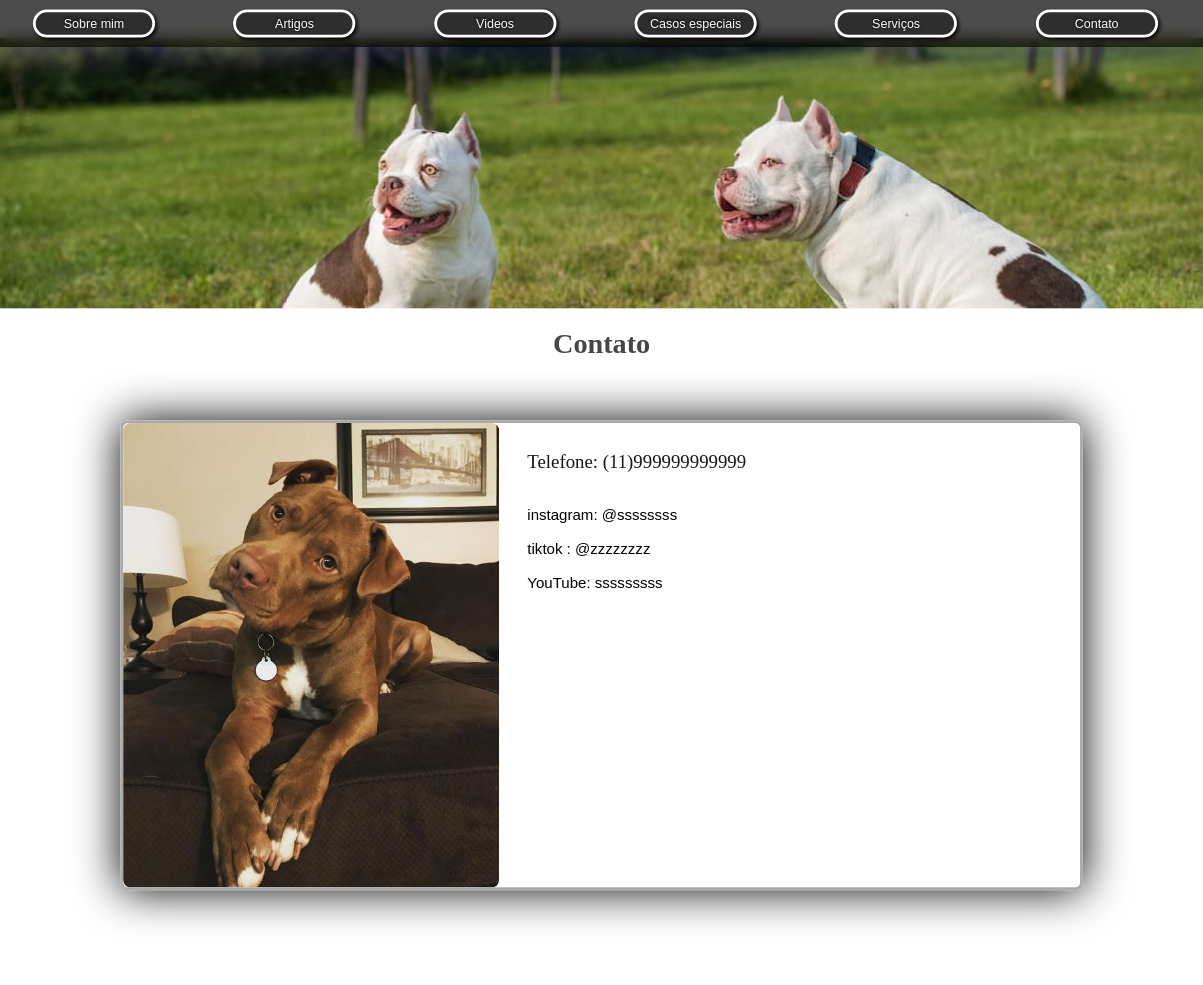
Repository: KevynMarques/Blog-React-StyledComponent
Page: /, after clicking the first element matching `button.sc-iGgWBj`
These files come from the project's save history. The page is drawn as it stood at one moment and after a run of saves; the edit follows.
The browser window is 1280 px wide. The pictures show the whole page, at 94% of full size.
The project was rebuilt for these pictures with package versions that can differ from the ones it lists, and the page was loaded fresh each time. Also part of the build but not shown: src/Components/Artigos/index.jsx, src/Components/Clientes/index.jsx, src/Components/Serviços/index.jsx, src/Components/View/index.jsx.

Above is the page before, as saved 2022-02-21 19:29:35.

After the next 15 saves:
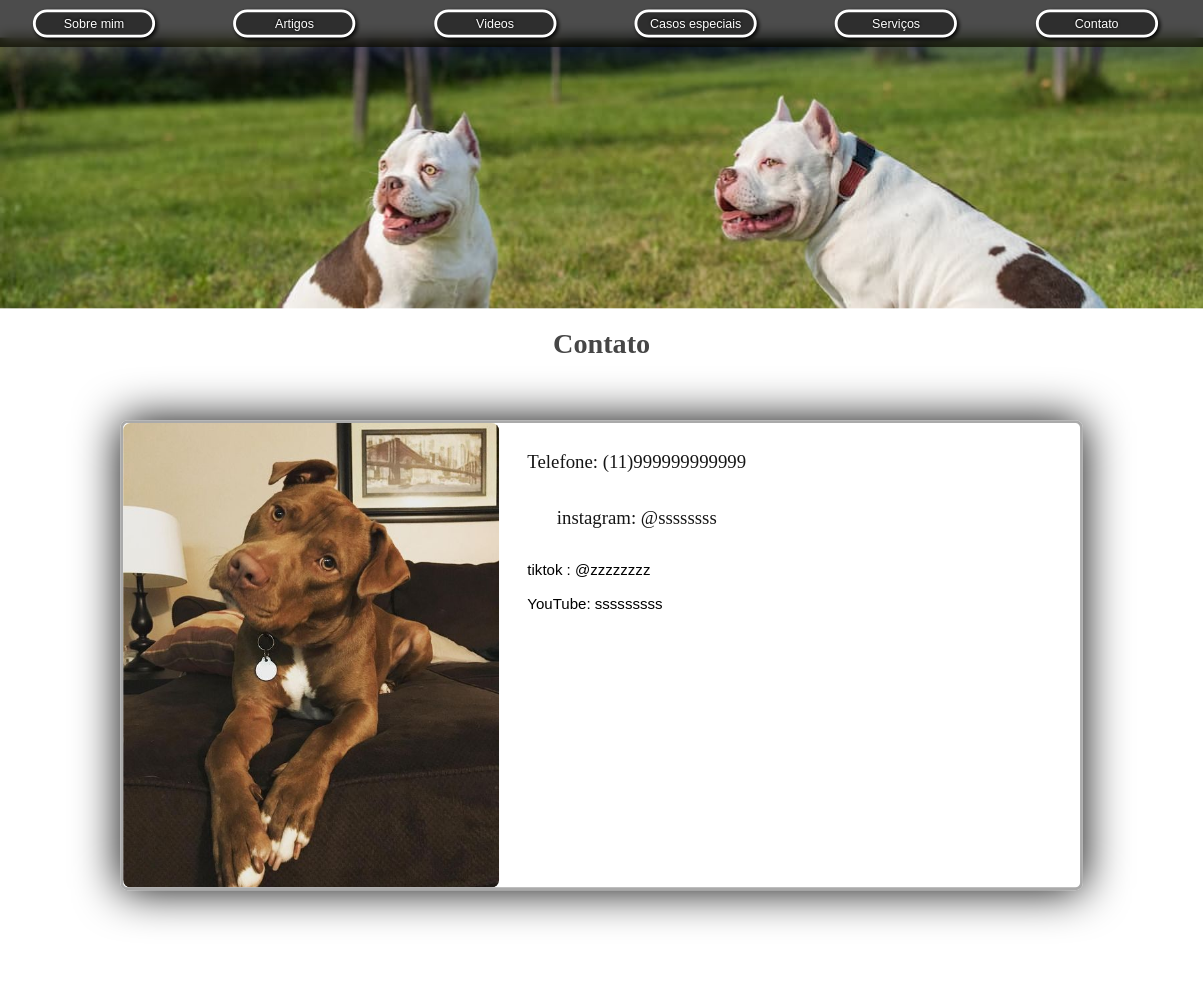
The 15 saves are shown as one change because 1 did not build or start and some came seconds apart.
The last was saved 44 s later.
--- a/src/Components/Contato/index.jsx
+++ b/src/Components/Contato/index.jsx
@@ -24,13 +24,16 @@ export default () => {
        <img src={Original} />
        </ContainerIMG>
        <Info>
+
          <Grif>Telefone: (11)999999999999  </Grif>
-       <br></br><br></br>
-       instagram: @ssssssss
-       <br></br><br></br>
-       tiktok : @zzzzzzzz
+         <br></br><br></br>
 
-       <br></br><br></br>
+         <Grif> instagram: @ssssssss </Grif>
+         <br></br><br></br>
+
+         tiktok : @zzzzzzzz
+        <br></br><br></br>
+
         YouTube:  sssssssss
         </Info>
        </ContainerBox>
